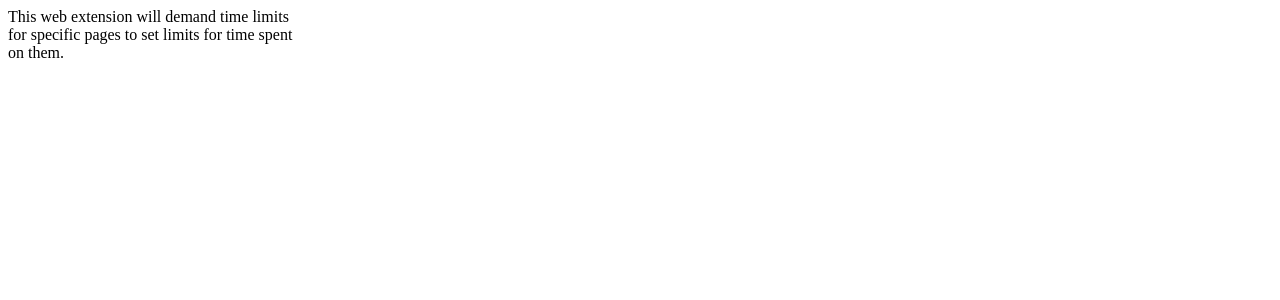
Repository: AndrlmMass/Time-management-chrome-extension
Page: popup.html
An editor plug-in stored every save of this project. The page is shown before and after the next save, followed by the edit.
The browser window is 1280 px wide. The pictures show the whole page.

Above is the page before, as saved 2023-08-22 15:05:06.

After the next save:
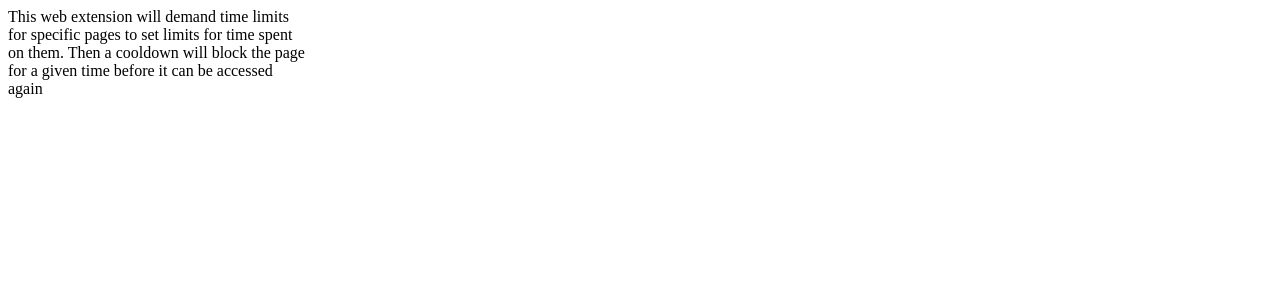
Saved 27 s later.
--- a/popup.html
+++ b/popup.html
@@ -5,7 +5,7 @@
 </head>
 <body>
   <div id="popup-container">
-    <text> This web extension will demand time limits for specific pages to set limits for time spent on them. </text>
+    <text> This web extension will demand time limits for specific pages to set limits for time spent on them. Then a cooldown will block the page for a given time before it can be accessed again</text>
   </div>
   <script src="popup.js"></script> <!-- Link to your JS file -->
 </body>
